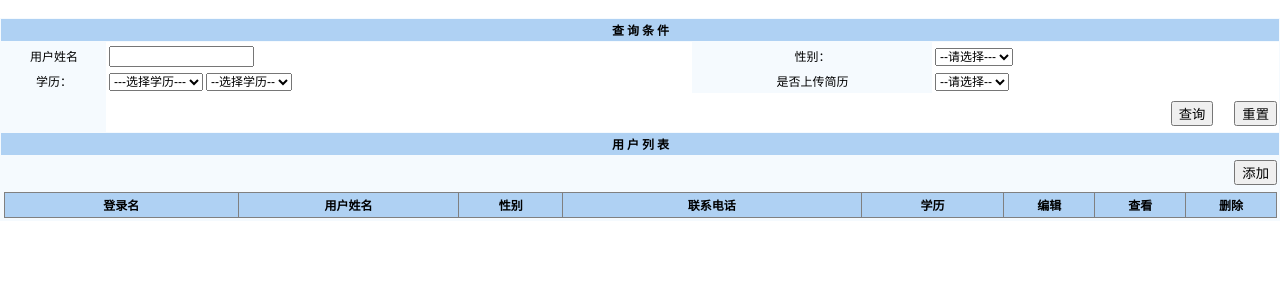
Repository: hermione-20/MyGitProjectRemote
Page: http://localhost/day28_01struts2final/user/list.jsp
The author's editor kept a copy of each file at every save. The page is drawn from the files as they stood at one save, then again after the next save.
The browser window is 1280 px wide. The pictures show the whole page.
The page is served by Tomcat 9. Other server files are loaded and not shown.

Above is the page before, as saved 2020-05-15 09:07:03.

### day28_01struts2final/WebContent/user/list.jsp
<%@ page language="java" pageEncoding="UTF-8"%>
<%@ taglib uri="/struts-tags" prefix="s" %>
<HTML>
	<HEAD>
		<meta http-equiv="Content-Language" content="zh-cn">
		<meta http-equiv="Content-Type" content="text/html; charset=UTF-8">
		<link href="${pageContext.request.contextPath}/css/Style.css" rel="stylesheet" type="text/css" />
		<script language="javascript" src="${pageContext.request.contextPath}/js/public.js"></script>
		<script type="text/javascript">
			function addUser(){
				window.location.href = "${pageContext.request.contextPath}/user/add.jsp";
			}
		</script>
	</HEAD>
	<body>
		<br>
		<s:form action="findUserByCondition" namespace="/user">
			<table cellSpacing="1" cellPadding="0" width="100%" align="center" bgColor="#f5fafe" border="0">
				<TBODY>
					<tr>
						<td class="ta_01" align="center" bgColor="#afd1f3">
							<strong>查 询 条 件</strong>
						</td>
					</tr>
					<tr>
						<td>
							<table cellpadding="0" cellspacing="0" border="0" width="100%">
								<tr>
									<td height="22" align="center" bgColor="#f5fafe" class="ta_01">
										用户姓名
									</td>
									<td class="ta_01" bgColor="#ffffff">
									<s:textfield name="userName" size="15" class="bg"></s:textfield>
									</td>
									<td height="22" align="center" bgColor="#f5fafe" class="ta_01">
										性别：
									</td>
									<td class="ta_01" bgColor="#ffffff">
									<s:select list="{'男','女'}" name="gender" headerKey="" headerValue="--请选择---"></s:select>
									</td>
								</tr>
								<tr>
									<td height="22" align="center" bgColor="#f5fafe" class="ta_01">
										学历：
									</td>
									<td class="ta_01" bgColor="#ffffff">
									<s:select list="{'研究生','本科','专科','高中','初中'}" name="" headerKey="" headerValue="---选择学历---"></s:select>

										<select name="education" id="education">
										    <option value="">--选择学历--</option>
										    <option value="博士">博士</option>
										    <option value="硕士">硕士</option>
										    <option value="研究生">研究生</option>
										    <option value="本科">本科</option>
										    <option value="专科">专科</option>
										    <option value="高中">高中</option>


										</select>

									</td>
									<td height="22" align="center" bgColor="#f5fafe" class="ta_01">
										是否上传简历
									</td>
									<td class="ta_01" bgColor="#ffffff">

										<select name="isUpload" id="isUpload">
										    <option value="">--请选择--</option>
										    <option value="1">有</option>
										    <option value="2">无</option>


										</select>

									</td>
								</tr>
								<tr>
									<td width="100" height="22" align="center" bgColor="#f5fafe"
										class="ta_01">
									</td>
									<td class="ta_01" bgColor="#ffffff">
										<font face="宋体" color="red"> &nbsp;</font>
									</td>
									<td align="right" bgColor="#ffffff" class="ta_01"><br><br></td>
									<td align="right" bgColor="#ffffff" class="ta_01">
										<button type="submit" id="search" name="search" value="&#26597;&#35810;" class="button_view">
&#26597;&#35810;
</button>

										&nbsp;&nbsp;&nbsp;&nbsp;&nbsp;
										<input type="reset" name="reset" value="&#37325;&#32622;" class="button_view"/>

									</td>
								</tr>
							</table>
						</td>

					</tr>
					<tr>
						<td class="ta_01" align="center" bgColor="#afd1f3">
							<strong>用 户 列 表</strong>
						</TD>
					</tr>
					<tr>
						<td class="ta_01" align="right">
							<button type="button" id="add" name="add" value="&#28155;&#21152;" class="button_add" onclick="addUser()">
&#28155;&#21152;
</button>

						</td>
					</tr>
					<tr>
						<td class="ta_01" align="center" bgColor="#f5fafe">
							<table cellspacing="0" cellpadding="1" rules="all"
								bordercolor="gray" border="1" id="DataGrid1"
								style="BORDER-RIGHT: gray 1px solid; BORDER-TOP: gray 1px solid; BORDER-LEFT: gray 1px solid; WIDTH: 100%; WORD-BREAK: break-all; BORDER-BOTTOM: gray 1px solid; BORDER-COLLAPSE: collapse; BACKGROUND-COLOR: #f5fafe; WORD-WRAP: break-word">
								<tr
									style="FONT-WEIGHT: bold; FONT-SIZE: 12pt; HEIGHT: 25px; BACKGROUND-COLOR: #afd1f3">

									<td align="center" width="18%">登录名</td>
									<td align="center" width="17%">用户姓名</td>
									<td align="center" width="8%">性别</td>
									<td align="center" width="23%">联系电话</td>
									<td width="11%" align="center">学历</td>
									<td width="7%" align="center">编辑</td>
									<td width="7%" align="center">查看</td>
									<td width="7%" align="center">删除</td>
								</tr>
								<s:iterator value="users" var="user">
										<tr onmouseover="this.style.backgroundColor = 'white'"
											onmouseout="this.style.backgroundColor = '#F5FAFE';">
											<td style="CURSOR: hand; HEIGHT: 22px" align="center"
												width="18%">
												<s:property value="#user.logonName"/>
											</td>
											<td style="CURSOR: hand; HEIGHT: 22px" align="center"
												width="17%">
												<s:property value="#user.userName"/>
											</td>
											<td style="CURSOR: hand; HEIGHT: 22px" align="center"
												width="8%">
												<s:property value="#user.gender"/>

											</td>
											<td style="CURSOR: hand; HEIGHT: 22px" align="center"
												width="23%">
												<s:property value="#user.telephone"/>
											</td>
											<td style="CURSOR: hand; HEIGHT: 22px" align="center">
												<s:property value="#user.education"/>
											</td>
											<td align="center" style="HEIGHT: 22px">
											<s:a action="editUI" namespace="/user">
											<s:param name="userID" value="#user.userID"></s:param>
													<img src="${pageContext.request.contextPath}/images/i_edit.gif" border="0" style="CURSOR: hand">
												</s:a>
											</td>
											<td align="center" style="HEIGHT: 22px">
											<s:a action="findUserById" namespace="/user">
											<s:param name="userID" value="#user.userID"></s:param>
													<img src="${pageContext.request.contextPath}/images/button_view.gif" border="0" style="CURSOR: hand">
												</s:a>
											</td>
											<td align="center" style="HEIGHT: 22px">
											<s:a action="delete" namespace="/user">
											<s:param name="userID" value="#user.userID"></s:param>
													<img src="${pageContext.request.contextPath}/images/i_del.gif" width="16" height="16" border="0" style="CURSOR: hand">
												</s:a>
											</td>
										</tr>
										</s:iterator>
							</table>
						</td>
					</tr>
				</TBODY>
			</table>
		</s:form>
	</body>
</HTML>

### day28_01struts2final/WebContent/css/Style.css
body {
	background-color: #FFFFFF;
	margin-left: 0px;
	margin-top: 0px;
	margin-right: 0px;
	margin-bottom: 0px;
}
td,select  {
	font-size: 12px;
}
A.cl:link {
    font-size:12px;
	color: #000000;
    text-decoration:none;
}
A.cl:visited {
    font-size:12px;
	color: #000000;
    text-decoration:none;
}
A.cl:hover {
    font-size:12px;
	color: #cc0000;
	text-decoration:underline;
}
A.cl_01:link {
    font-size:12px;
	color: #000066;
    text-decoration:none;
}
A.cl_01:visited {
    font-size:12px;
	color: #000066;
    text-decoration:none;
}
A.cl_01:hover {
    font-size:12px;
	color: #0066CC;
	text-decoration:underline;
}
.bt_01 {
	line-height: 155%;
	color: #FFFFFF;
	padding-left: 15px;
	padding-bottom: 10px;
}

.box04 {
	font-size: 12px;
	padding-top: 7px;
	padding-left: 16px;
	background-color: #88A5DF;
	border-top-width: 1px;
	border-right-width: 1px;
	border-bottom-width: 1px;
	border-left-width: 1px;
	border-top-style: solid;
	border-right-style: solid;
	border-bottom-style: solid;
	border-left-style: solid;
	border-top-color: #7798DC;
	border-right-color: #2C416B;
	border-bottom-color: #2C416B;
	border-left-color: #7798DC;
	padding-bottom: 4px;
}
.box01 {
	font-size: 12px;
	color: #000000;
	border-top-width: 1px;
	border-right-width: 1px;
	border-bottom-width: 1px;
	border-left-width: 1px;
	border-right-style: solid;
	border-bottom-style: solid;
	border-left-style: solid;
	border-top-color: #EDF8FF;
	border-right-color: #8099B2;
	border-bottom-color: #8099B2;
	border-left-color: #EDF8FF;
	background-color: #B2CFED;
	padding-top: 7px;
	padding-left: 16px;
	border-top-style: solid;
	padding-bottom: 4px;
}
.box05 {
	font-size: 12px;
	padding-top: 5px;
	padding-left: 30px;
	border-bottom-width: 1px;
	border-bottom-style: solid;
	border-bottom-color: #B2CFED;
	border-right-width: 1px;
	border-right-style: solid;
	border-right-color: #F4F9FF;
	padding-bottom: 3px;
	background-color: #EDF8FF;
}
.box06 {
	font-size: 12px;
	background-color: #EDF6FF;
	padding-top: 5px;
	padding-left: 30px;
	border-bottom-width: 1px;
	border-bottom-style: solid;
	border-bottom-color: #ADAEAD;
	padding-bottom: 3px;

}
.bottom {
	color: #000066;
}
A.cl_02:link {
    font-size:12px;
	color: #CC0000;
    text-decoration:underline;
}
A.cl_02:visited {
    font-size:12px;
	color: #CC0000;
    text-decoration:underline;
}
A.cl_02:hover {
    font-size:12px;
	color: #CC0000;
	text-decoration:none;
}
.top {
	padding-top: 4px;
	padding-bottom: 2px;
	font-weight: bold;
	background-color: #AFD1F3;
	border-top-width: 1px;
	border-right-width: 1px;
	border-bottom-width: 1px;
	border-left-width: 1px;
	border-top-style: solid;
	border-right-style: solid;
	border-bottom-style: solid;
	border-left-style: solid;
	border-top-color: #E3EFFB;
	border-right-color: #7990A8;
	border-bottom-color: #7990A8;
	border-left-color: #E3EFFB;
}
.ta_01 {
	padding-top: 4px;
	padding-bottom: 2px;
	padding-right: 2px;
	padding-left: 3px;
	line-height: 135%;
}

A:link {
    font-size:12px;
	color: #000000;
    text-decoration:none;
}
A:visited {
    font-size:12px;
	color: #000000;
    text-decoration:none;
}
A.eq:hover {
    font-size:12px;
	color: #0066FF;
	text-decoration:underline;
}
A.eq:link {
    font-size:12px;
	color: #000000;
    text-decoration:underline;
}
A.eq:visited {
    font-size:12px;
	color: #000000;
    text-decoration:underline;
}
A.eq:hover {
    font-size:12px;
	color: #0066FF;
	text-decoration:underline;
}
.bg {
	border-top:0px ;
	border-left:0px ;
	border-right:0px ;
	border-bottom: solid 1px gray;
	background-color: #FBFDFF;
	height:21px ;
	width:150px;
}
.button {
	background-color: #DAE6FF;
	margin: 1px;
	padding: 0px 2px 0px 2px;
	border: 1px solid #8AA2CC;
	color: #333333;
	cursor: hand;
	/*
	left: 10px;
	top: 10px;
	right: 0px;
	bottom: 10px;
	clip:  rect(10px 10px 10px 10px);
	*/
	height: 18px;
}
.button_ok {
	background-color: #DAE6FF;
	margin: 1px;
	padding: 2px 4px 2px 10px;
	border: 1px solid #8AA2CC;
	background-attachment: fixed;
	background-image: url(../images/button_ok.gif);
	background-repeat: no-repeat;
	background-position: left center;
	color: #2F3F5B;
	cursor: hand;
	text-align: right;
	left: 10px;
	top: 10px;
	right: 0px;
	bottom: 10px;
	clip:  rect(10px 10px 10px 10px);
	height: 20px;
}
.button_cancel {
	background-color: #DAE6FF;
	margin: 1px;
	padding: 2px 4px 2px 10px;
	border: 1px solid #8AA2CC;
	background-attachment: fixed;
	background-image: url(../images/button_cancel.gif);
	background-repeat: no-repeat;
	background-position: left center;
	color: #2F3F5B;
	cursor: hand;
	text-align: right;
	left: 10px;
	top: 10px;
	right: 0px;
	bottom: 10px;
	clip:  rect(10px 10px 10px 10px);
	height: 20px;
}
.button_help {
	background-color: #DAE6FF;
	margin: 1px;
	padding: 2px 4px 2px 10px;
	border: 1px solid #8AA2CC;
	background-attachment: fixed;
	background-image: url(../images/button_help.gif);
	background-repeat: no-repeat;
	background-position: left center;
	color: #2F3F5B;
	cursor: hand;
	text-align: right;
	left: 10px;
	top: 10px;
	right: 0px;
	bottom: 10px;
	clip:  rect(10px 10px 10px 10px);
	height: 20px;
}
.button_exit {
	background-color: #DAE6FF;
	margin: 1px;
	padding: 2px 4px 2px 10px;
	border: 1px solid #8AA2CC;
	background-attachment: fixed;
	background-image: url(../images/button_search.gif);
	background-repeat: no-repeat;
	background-position: left center;
	color: #2F3F5B;
	cursor: hand;
	text-align: right;
	left: 10px;
	top: 10px;
	right: 0px;
	bottom: 10px;
	clip:  rect(10px 10px 10px 10px);
	height: 20px;
	.button_search {
	background-color: #DAE6FF;
	margin: 1px;
	padding: 2px 4px 2px 10px;
	border: 1px solid #8AA2CC;
	background-attachment: fixed;
	background-image: url(../images/button_exit.gif);
	background-repeat: no-repeat;
	background-position: left center;
	color: #2F3F5B;
	cursor: hand;
	text-align: right;
	left: 10px;
	top: 10px;
	right: 0px;
	bottom: 10px;
	clip:  rect(10px 10px 10px 10px);
	height: 20px;
}
.button_view {
	background-color: #DAE6FF;
	margin: 1px;
	padding: 2px 4px 2px 10px;
	border: 1px solid #8AA2CC;
	background-attachment: fixed;
	background-image: url(../images/button_view.gif);
	background-repeat: no-repeat;
	background-position: left center;
	color: #2F3F5B;
	cursor: hand;
	text-align: right;
	left: 10px;
	top: 10px;
	right: 0px;
	bottom: 10px;
	clip:  rect(10px 10px 10px 10px);
	height: 20px;
}
.button_add {
	background-color: #DAE6FF;
	margin: 1px;
	padding: 2px 4px 2px 10px;
	border: 1px solid #8AA2CC;
	background-attachment: fixed;
	background-image: url(../images/button_add.gif);
	background-repeat: no-repeat;
	background-position: left center;
	color: #2F3F5B;
	cursor: hand;
	text-align: right;
	left: 10px;
	top: 10px;
	right: 0px;
	bottom: 10px;
	clip:  rect(10px 10px 10px 10px);
	height: 20px;
}
.button_del {
	background-color: #DAE6FF;
	margin: 1px;
	padding: 2px 4px 2px 10px;
	border: 1px solid #8AA2CC;
	background-attachment: fixed;
	background-image: url(../images/button_del.gif);
	background-repeat: no-repeat;
	background-position: left center;
	color: #2F3F5B;
	cursor: hand;
	text-align: right;
	left: 10px;
	top: 10px;
	right: 0px;
	bottom: 10px;
	clip:  rect(10px 10px 10px 10px);
	height: 20px;
}
.button_print {
	background-color: #DAE6FF;
	margin: 1px;
	padding: 2px 4px 2px 10px;
	border: 1px solid #8AA2CC;
	background-attachment: fixed;
	background-image: url(../images/button_print.gif);
	background-repeat: no-repeat;
	background-position: left center;
	color: #2F3F5B;
	cursor: hand;
	text-align: right;
	left: 10px;
	top: 10px;
	right: 0px;
	bottom: 10px;
	clip:  rect(10px 10px 10px 10px);
	height: 20px;
}
.button_modi {
	background-color: #DAE6FF;
	margin: 1px;
	padding: 2px 4px 2px 10px;
	border: 1px solid #8AA2CC;
	background-attachment: fixed;
	background-image: url(../images/button_modi.gif);
	background-repeat: no-repeat;
	background-position: left center;
	color: #2F3F5B;
	cursor: hand;
	text-align: right;
	left: 10px;
	top: 10px;
	right: 0px;
	bottom: 10px;
	clip:  rect(10px 10px 10px 10px);
	height: 20px;
}
.button_save {
	background-color: #DAE6FF;
	margin: 1px;
	padding: 2px 4px 2px 10px;
	border: 1px solid #8AA2CC;
	background-attachment: fixed;
	background-image: url(../images/button_save.gif);
	background-repeat: no-repeat;
	background-position: left center;
	color: #2F3F5B;
	cursor: hand;
	text-align: right;
	left: 10px;
	top: 10px;
	right: 0px;
	bottom: 10px;
	clip:  rect(10px 10px 10px 10px);
	height: 20px;
}
.button_alert {
	background-color: #DAE6FF;
	margin: 1px;
	padding: 2px 4px 2px 10px;
	border: 1px solid #8AA2CC;
	background-attachment: fixed;
	background-image: url(../images/button_alert.gif);
	background-repeat: no-repeat;
	background-position: left center;
	color: #2F3F5B;
	cursor: hand;
	text-align: right;
	left: 10px;
	top: 10px;
	right: 0px;
	bottom: 10px;
	clip:  rect(10px 10px 10px 10px);
	height: 20px;
}
.button_clock {
	background-color: #DAE6FF;
	margin: 1px;
	padding: 2px 4px 2px 10px;
	border: 1px solid #8AA2CC;
	background-attachment: fixed;
	background-image: url(../images/button_clock.gif);
	background-repeat: no-repeat;
	background-position: left center;
	color: #2F3F5B;
	cursor: hand;
	text-align: right;
	left: 10px;
	top: 10px;
	right: 0px;
	bottom: 10px;
	clip:  rect(10px 10px 10px 10px);
	height: 20px;
}
.button_close {
	background-color: #DAE6FF;
	margin: 1px;
	padding: 2px 4px 2px 10px;
	border: 1px solid #8AA2CC;
	background-attachment: fixed;
	background-image: url(../images/button_close.gif);
	background-repeat: no-repeat;
	background-position: left center;
	color: #2F3F5B;
	cursor: hand;
	text-align: right;
	left: 10px;
	top: 10px;
	right: 0px;
	bottom: 10px;
	clip:  rect(10px 10px 10px 10px);
	height: 20px;
}
.button_phone01 {
	background-color: #DAE6FF;
	margin: 1px;
	padding: 2px 4px 2px 10px;
	border: 1px solid #8AA2CC;
	background-attachment: fixed;
	background-image: url(../images/button_phone01.gif);
	background-repeat: no-repeat;
	background-position: left center;
	color: #2F3F5B;
	cursor: hand;
	text-align: right;
	left: 10px;
	top: 10px;
	right: 0px;
	bottom: 10px;
	clip:  rect(10px 10px 10px 10px);
	height: 20px;
}
.button_dire {
	background-color: #DAE6FF;
	margin: 1px;
	padding: 2px 4px 2px 10px;
	border: 1px solid #8AA2CC;
	background-attachment: fixed;
	background-image: url(../images/hotel_dire_arrowc.jpg);
	background-repeat: no-repeat;
	background-position: left center;
	color: #2F3F5B;
	cursor: hand;
	text-align: right;
	left: 10px;
	top: 10px;
	right: 0px;
	bottom: 10px;
	clip:  rect(10px 10px 10px 10px);
	height: 20px;
}
.NextLine
{
	word-break:break-all;word-wrap:break-word;
}
.test
{
	BACKGROUND-IMAGE: url(../images/aaa.gif); HEIGHT: 25px;

}
.optionOff
{
	color:#909090;
	background-image:url(../images/optionbgOff.gif);
	background-position:right;
	background-repeat:no-repeat;
	border-left:1px solid #a0a0a0;
	text-align:center;
	width:110px;
	cursor:hand;
}
.optionOn {
	color:#1E6BAE;
	background-image:url(../images/optionbgOn.gif);
	background-position:right;
	background-repeat:no-repeat;
	border-left:1px solid #808080;
	text-align:center;
	font-weight:bold;
	width:110px;
	cursor:hand;
}
.optionOff A,.optionOff A:link,.optionOff A:visited,.optionOff A:hover,.optionOff A:active {
	color:#909090;
	text-decoration:none;
}
.optionOn A,.optionOn A:link,.optionOn A:visited,.optionOn A:hover,.optionOn A:active {
	color:#1E6BAE;
	text-decoration:none;
}
.tbodyhidden {
	display:none;
}
.xscroll {
	overflow-x:auto;
	height:auto;
	SCROLLBAR-FACE-COLOR: #E0F0FC;
	SCROLLBAR-SHADOW-COLOR: #EAF5FD;
	SCROLLBAR-3DLIGHT-COLOR: #808080;
	SCROLLBAR-ARROW-COLOR: #808080;
	SCROLLBAR-DARKSHADOW-COLOR:#808080;
	buttonface: #666666;
}
.xscrollhidden {
	overflow-x:auto;
	display:none;
	SCROLLBAR-FACE-COLOR: #E0F0FC;
	SCROLLBAR-SHADOW-COLOR: #EAF5FD;
	SCROLLBAR-3DLIGHT-COLOR: #808080;
	SCROLLBAR-ARROW-COLOR: #808080;
	SCROLLBAR-DARKSHADOW-COLOR:#808080;
	buttonface: #666666;
}
.sep1 {
	padding:0px;
	background-color:#AFD1F3;
}
.grouptitle {
	background-color:#E0F0FC;
	color: #5580D7;
}
.bodyscroll {
	SCROLLBAR-FACE-COLOR: #f6f6f6;
	SCROLLBAR-SHADOW-COLOR: #8099B2;
	SCROLLBAR-3DLIGHT-COLOR: #8099B2;
	SCROLLBAR-ARROW-COLOR: #8099B2;
	SCROLLBAR-DARKSHADOW-COLOR:#cccccc;
	buttonface: #f6f6f6;
}

Loaded but not shown: day28_01struts2final/WebContent/js/public.js (common file)

After the next save:
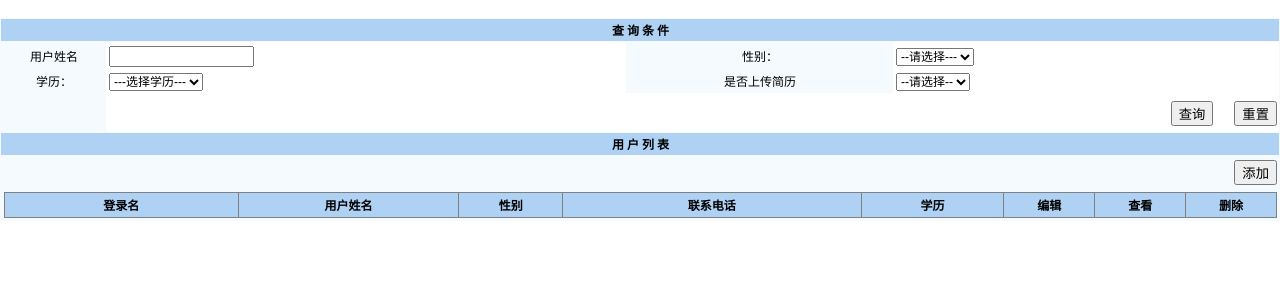
Saved 34 s later.
--- a/day28_01struts2final/WebContent/user/list.jsp
+++ b/day28_01struts2final/WebContent/user/list.jsp
@@ -44,19 +44,7 @@
 										学历：
 									</td>
 									<td class="ta_01" bgColor="#ffffff">
-									<s:select list="{'研究生','本科','专科','高中','初中'}" name="" headerKey="" headerValue="---选择学历---"></s:select>
-
-										<select name="education" id="education">
-										    <option value="">--选择学历--</option>
-										    <option value="博士">博士</option>
-										    <option value="硕士">硕士</option>
-										    <option value="研究生">研究生</option>
-										    <option value="本科">本科</option>
-										    <option value="专科">专科</option>
-										    <option value="高中">高中</option>
-
-
-										</select>
+									<s:select list="{'研究生','本科','专科','高中','初中'}" name="education" headerKey="" headerValue="---选择学历---"></s:select>
 
 									</td>
 									<td height="22" align="center" bgColor="#f5fafe" class="ta_01">
